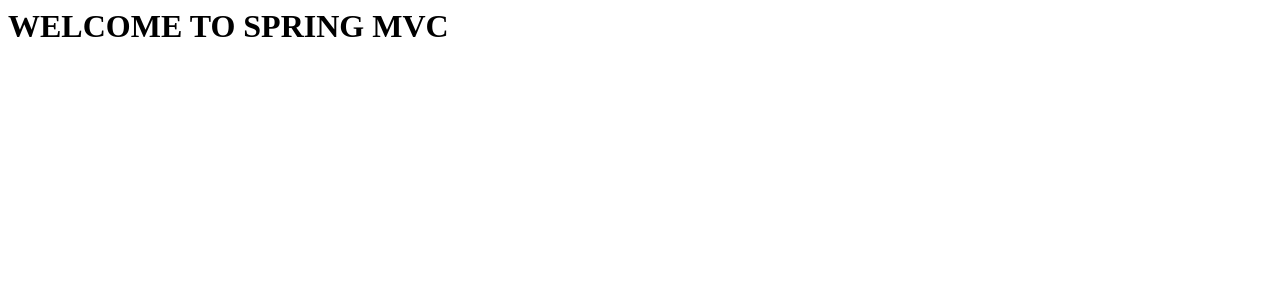
Repository: HemaNaidu0702/springdemos
Page: http://localhost/S07SpringMVCDemo/employees
These files come from the project's save history. The page is drawn as it stood at one moment and after the next save; the edit follows.
The browser window is 1280 px wide. The pictures show the whole page.
The page is served by Tomcat 9. Other server files are loaded and not shown.

Above is the page before, as saved 2023-03-29 06:59:02.

### S07SpringMVCDemo/src/main/webapp/WEB-INF/dispatcher-servlet.xml
<?xml version="1.0" encoding="UTF-8"?>

<beans xmlns="http://www.springframework.org/schema/beans"
 xmlns:xsi="http://www.w3.org/2001/XMLSchema-instance"
 xmlns:context="http://www.springframework.org/schema/context"
 xmlns:p="http://www.springframework.org/schema/p"
 xmlns:tx="http://www.springframework.org/schema/tx"
 xsi:schemaLocation="http://www.springframework.org/schema/beans
   http://www.springframework.org/schema/beans/spring-beans.xsd
   http://www.springframework.org/schema/context
   http://www.springframework.org/schema/context/spring-context.xsd
   http://www.springframework.org/schema/tx
   http://www.springframework.org/schema/tx/spring-tx.xsd">

 <context:component-scan base-package="com.examples.S07SpringMVCDemo.controller" />

 <bean name="viewResolver" class="org.springframework.web.servlet.view.InternalResourceViewResolver">
  <property name="prefix">
   <value>/WEB-INF/views/</value>
  </property>
  <property name="suffix">
   <value>.jsp</value>
  </property>
 </bean>

</beans>

### S07SpringMVCDemo/src/main/webapp/WEB-INF/views/employees.jsp
<%@ page language="java" contentType="text/html" isELIgnored="false" %>

<html>
<head>
   <title>Hello World</title>
</head>
    <body>
      <h1>WELCOME TO SPRING MVC</h1>

      <p>${employess}</p>
    </body>

</html>

### S07SpringMVCDemo/src/main/java/com/examples/S07SpringMVCDemo/controller/HelloController.java
package com.examples.S07SpringMVCDemo.controller;

import java.util.ArrayList;
import java.util.List;

import org.springframework.stereotype.Controller;
import org.springframework.web.bind.annotation.RequestMapping;
import org.springframework.web.servlet.ModelAndView;

import com.examples.S07SpringMVCDemo.model.Employee;

@Controller
public class HelloController {

	@RequestMapping("/hello")
	public ModelAndView hello() {
		ModelAndView modelView = new ModelAndView();

		modelView.addObject("id", 123);
		modelView.addObject("name", "Ken");
		modelView.addObject("salary", 1000);

		modelView.setViewName("hello");
		return modelView;
	}

	@RequestMapping("/readobject")
	public ModelAndView read2() {
		ModelAndView modelView = new ModelAndView();

	    Employee emp = new Employee();
	    emp.setId(1);
	    emp.setName("Max");
	    emp.setSalary(67887);

	    modelView.addObject("employee", emp);
	    modelView.setViewName("hello");

		return modelView;
	}


	@RequestMapping("/employees")
	public ModelAndView read3() {
		ModelAndView modelView = new ModelAndView();

	    List<Employee> employees = new ArrayList<>();
	    Employee emp1 = new Employee();

	    emp1.setId(1);
	    emp1.setName("Max");
	    emp1.setSalary(67887);
	    employees.add(emp1);

	    emp1 = new Employee();
	    emp1.setId(2);
	    emp1.setName("Maxwell");
	    emp1.setSalary(33287);
	    employees.add(emp1);

	    emp1 = new Employee();
	    emp1.setId(3);
	    emp1.setName("Jo");
	    emp1.setSalary(9898);
	    employees.add(emp1);


	    modelView.addObject("employees", employees);
	    modelView.setViewName("employees");

		return modelView;
	}
}

### S07SpringMVCDemo/src/main/java/com/examples/S07SpringMVCDemo/model/Employee.java
package com.examples.S07SpringMVCDemo.model;

public class Employee {
    private int id;
    private String name;
    private double salary;
	public int getId() {
		return id;
	}
	public void setId(int id) {
		this.id = id;
	}
	public String getName() {
		return name;
	}
	public void setName(String name) {
		this.name = name;
	}
	public double getSalary() {
		return salary;
	}
	public void setSalary(double salary) {
		this.salary = salary;
	}
	@Override
	public String toString() {
		return "Employee [id=" + id + ", name=" + name + ", salary=" + salary + "]";
	}


}

After the next save:
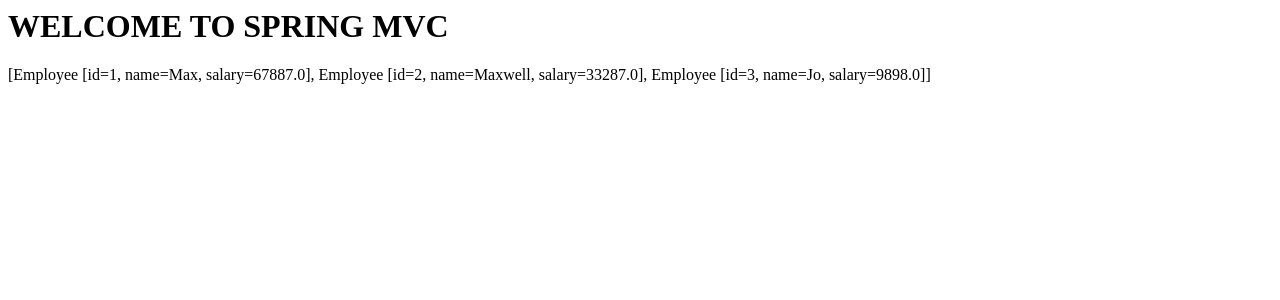
Saved 7 s later.
--- a/S07SpringMVCDemo/src/main/webapp/WEB-INF/views/employees.jsp
+++ b/S07SpringMVCDemo/src/main/webapp/WEB-INF/views/employees.jsp
@@ -7,7 +7,7 @@
     <body>
       <h1>WELCOME TO SPRING MVC</h1>
 
-      <p>${employess}</p>
+      <p>${employees}</p>
     </body>
 
 </html>
